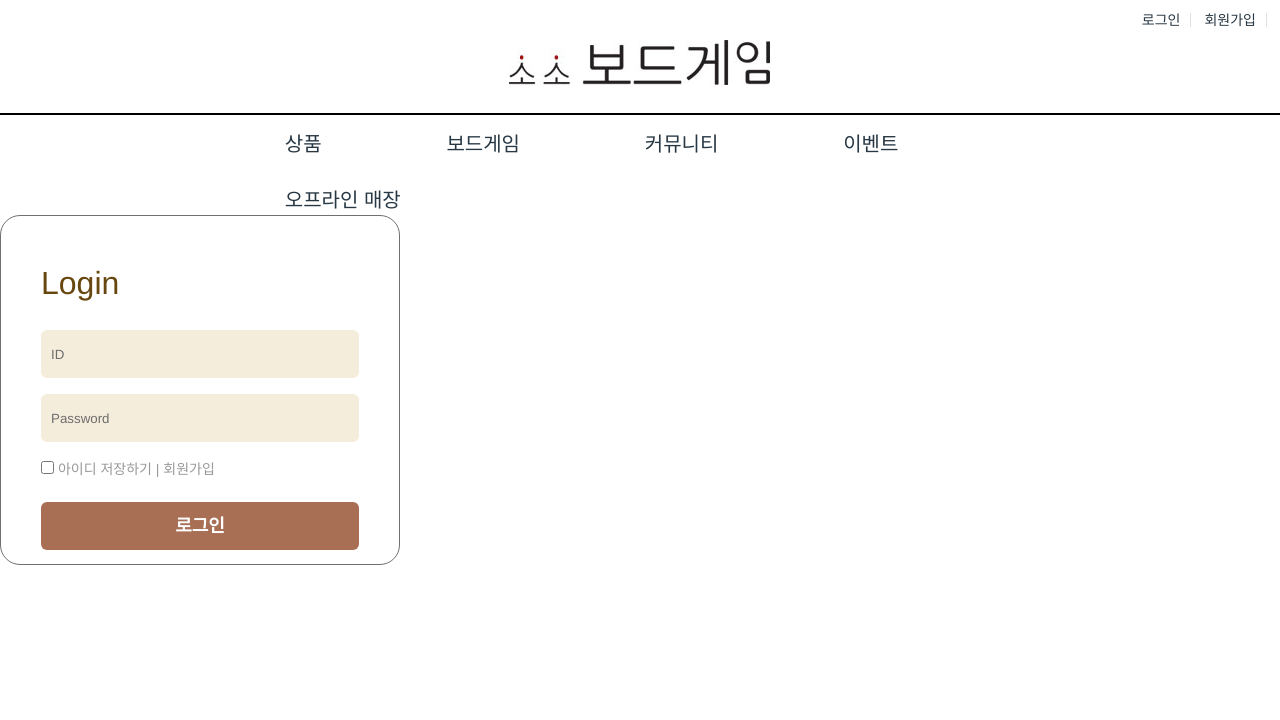
Repository: sejun98/sosobordgameJSP
Page: http://localhost/singup/login_form.jsp
An editor plug-in stored every save of this project. The page is shown before and after the next save, followed by the edit.
The browser window is 1280 px wide. The pictures show the whole page.
Some web fonts or font styles are not loaded; a fallback is used. The page is served by Tomcat 9.

Above is the page before, as saved 2022-10-07 07:24:40.

After the next save:
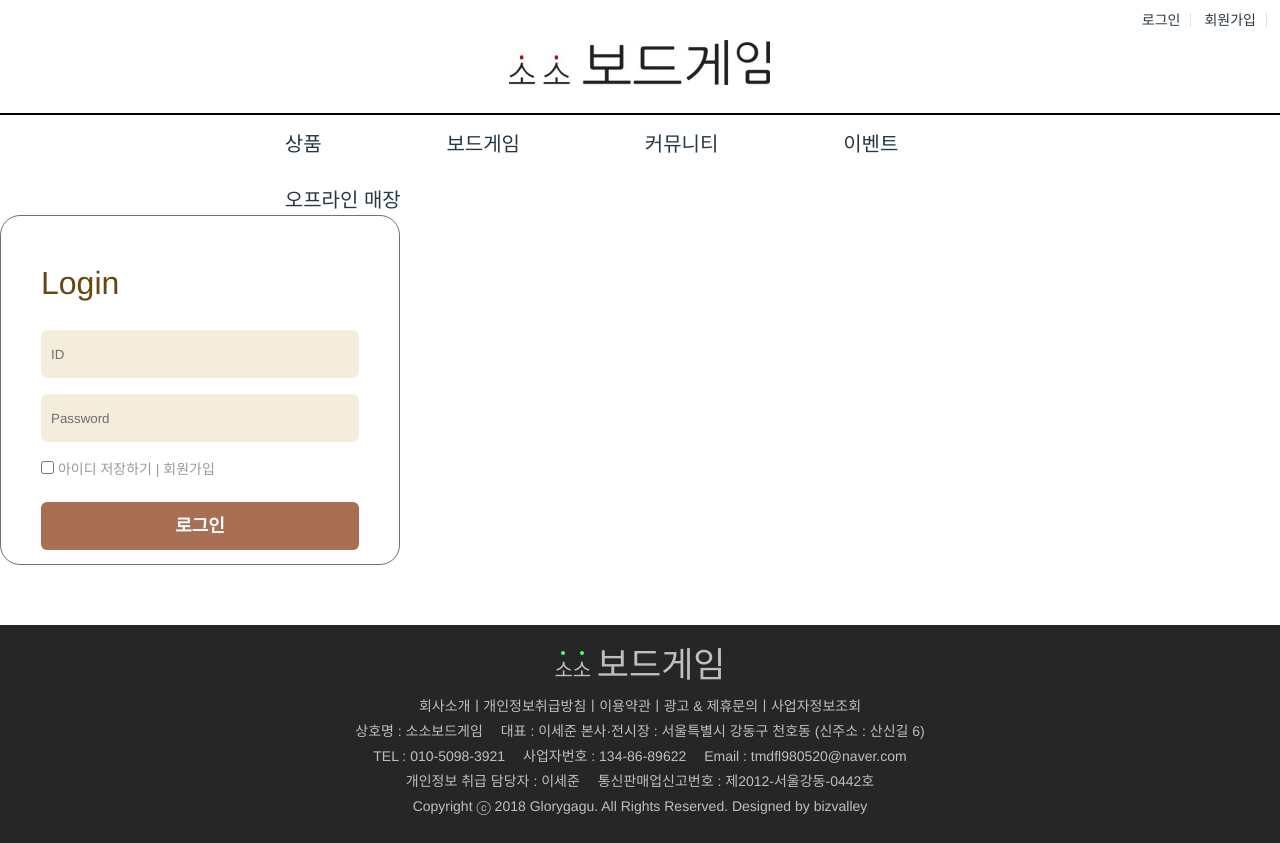
Saved 29 s later.
--- a/singup/src/main/webapp/login_form.jsp
+++ b/singup/src/main/webapp/login_form.jsp
@@ -62,6 +62,55 @@
 				<input type="submit" value="로그인">
 			</form>
 	</div>
+
+<footer>
+	<div class="footer_box">
+		<div class="footer_title">
+			<span id="susu">소소
+				<span class="footer_title_wja"></span>
+				<span class="footer_title_wja2"></span>
+			</span>
+			보드게임
+		</div>
+		<div class="footer_txt">
+			회사소개ㅣ개인정보취급방침ㅣ이용약관ㅣ광고 & 제휴문의ㅣ사업자정보조회<br>
+			상호명 : 소소보드게임  　대표 : 이세준   본사·전시장 : 서울특별시 강동구 천호동 (신주소 : 산신길 6) <br>
+
+			TEL : 010-5098-3921　  사업자번호 : 134-86-89622  　Email : tmdfl980520@naver.com <br>
+
+			개인정보 취급 담당자 : 이세준  　통신판매업신고번호 : 제2012-서울강동-0442호 <br>
+
+			Copyright ⓒ 2018 Glorygagu. All Rights Reserved. Designed by bizvalley
+		</div>
+	</div>
+</footer>
+
+
+<script src="https://code.jquery.com/jquery-2.2.0.min.js" type="text/javascript"></script>
+<script type="text/javascript">
+ $(document).ready(function() {
+    $("a.ssg").anchorAnimate()
+ });
+ jQuery.fn.anchorAnimate = function(settings) {
+    settings = jQuery.extend({
+    speed : 1000
+    }, settings);
+    return this.each(function(){
+    var caller = this
+    $(caller).click(function (event) {
+    event.preventDefault()
+    var locationHref = window.location.href
+    var elementClick = $(caller).attr("href")
+    var destination = $(elementClick).offset().top;
+    $("html:not(:animated),body:not(:animated)").animate({ scrollTop: destination}, settings.speed, function()
+    {
+    window.location.hash = elementClick
+    });
+     return false;
+    })
+    })
+ }
+</script>
 <%
 	} else {
 			%>
@@ -70,5 +119,6 @@
 		<%
 	}
 %>
+
 </body>
 </html>
